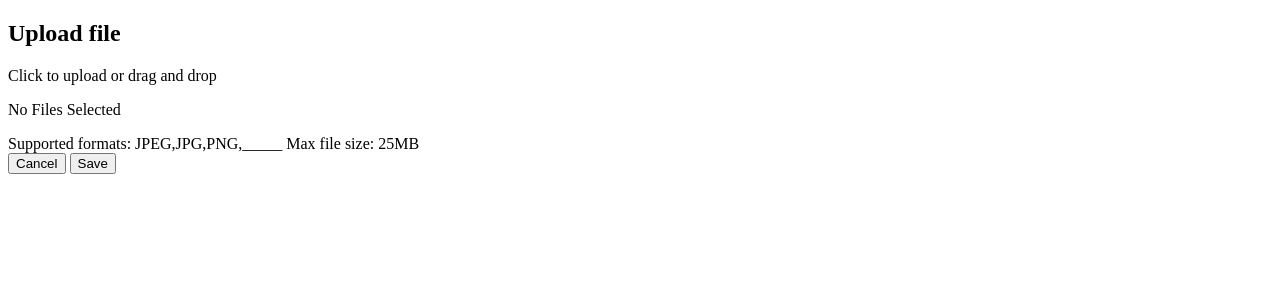
Repository: Injenuity1/file_System_1
Page: index.html
An editor plug-in stored every save of this project. The page is shown before and after the next save, followed by the edit.
The browser window is 1280 px wide. The pictures show the whole page.

Above is the page before, as saved 2025-02-05 02:14:28.

After the next save:
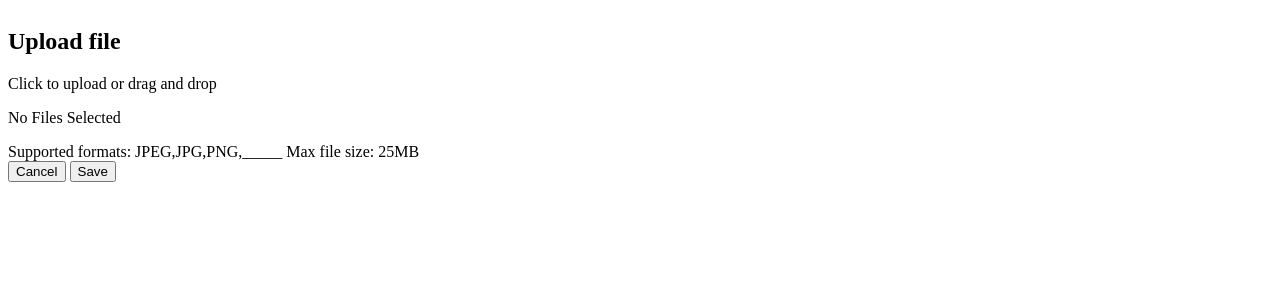
Saved 59 s later.
--- a/index.html
+++ b/index.html
@@ -5,7 +5,7 @@
 <meta charset="UTF-8">
 <meta name="viewport" content="width=device-width, initial-scale=1.0">
 <title>File Uploader</title>
-<link ref="stylesheet" href="styles.css">
+<link rel="stylesheet" href="styles.css">
 
 </link>
 
